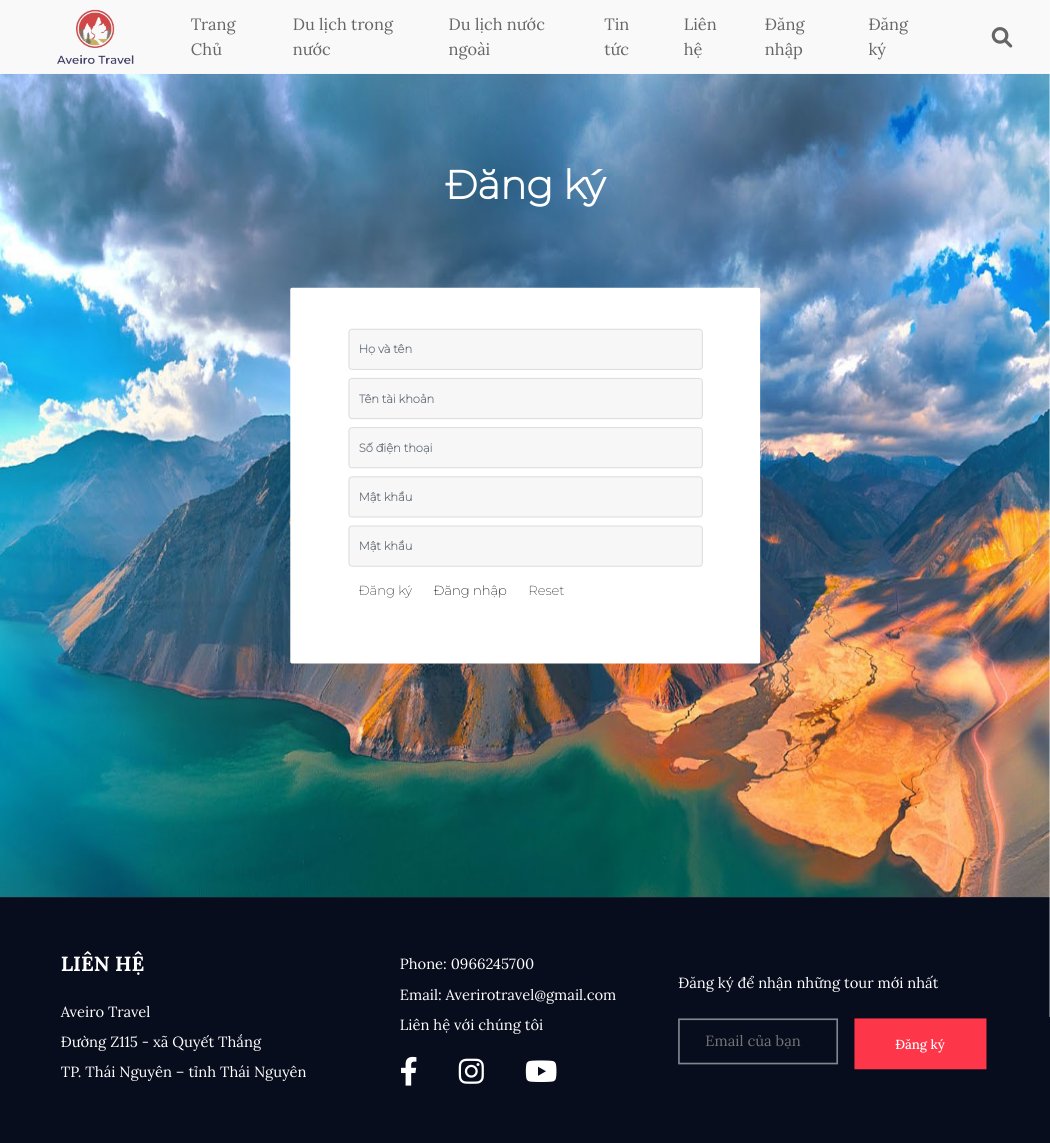
Repository: tuan842001/demotest
Page: /register
The author's editor kept a copy of each file at every save. The page is drawn from the files as they stood at one save, then again after the next save.
The browser window is 1280 px wide. The pictures show the whole page, at 82% of full size.
The project was rebuilt for these pictures with package versions that can differ from the ones it lists, and the page was loaded fresh each time. Also part of the build but not shown: src/components/header/header.css, src/components/header/Header.jsx, src/components/top/top.css, src/components/top/Top.jsx, src/components/post/post.css, src/components/post/Post.jsx, src/components/intourPost/intourPost.css, src/components/intourPost/IntourPost.jsx and 15 more.

Above is the page before, as saved 2021-10-14 17:49:18.

### public/index.html
<!DOCTYPE html>
<html lang="en">
  <head>
    <meta charset="utf-8" />
    <link rel="icon" href="%PUBLIC_URL%/favicon.ico" />
    <meta name="viewport" content="width=device-width, initial-scale=1" />
    <meta name="theme-color" content="#000000" />
    <meta name="description" content="Web site created using create-react-app"/>
    <link href="https://fonts.googleapis.com/css2?family=Lora:wght@400;500;600;700&display=swap" rel="stylesheet">
    <link rel="stylesheet" href="https://cdnjs.cloudflare.com/ajax/libs/font-awesome/6.0.0-beta2/css/all.min.css" integrity="sha512-YWzhKL2whUzgiheMoBFwW8CKV4qpHQAEuvilg9FAn5VJUDwKZZxkJNuGM4XkWuk94WCrrwslk8yWNGmY1EduTA==" crossorigin="anonymous" referrerpolicy="no-referrer" />
    <link href="https://fonts.googleapis.com/css2?family=Lora:ital,wght@1,700&family=Montserrat:wght@200&display=swap" rel="stylesheet">
    <link href="https://cdn.jsdelivr.net/npm/bootstrap@5.1.3/dist/css/bootstrap.min.css" rel="stylesheet" integrity="sha384-1BmE4kWBq78iYhFldvKuhfTAU6auU8tT94WrHftjDbrCEXSU1oBoqyl2QvZ6jIW3" crossorigin="anonymous">
    <title>Aveiro Travel</title>
  </head>
  <body>
    <noscript>You need to enable JavaScript to run this app.</noscript>
    <div id="root"></div>
  </body>
</html>

### src/App.js
import Home from './pages/home/Home';
import Intour from './pages/intour/Intour';
import Login from './pages/login/Login';
import Register from './pages/register/Register';
import TopBar from './components/topbar/TopBar';
import Bottombar from "./components/bottombar/Bottombar";
import "./app.css"
import {
  BrowserRouter as Router,
  Switch,
  Route,
  Link
} from "react-router-dom";


function App() {
  const user = false;
  return (
    <Router>
    <TopBar />
      <Switch>
        <Route path="/login">
          <Login />
        </Route>
        <Route path="/register">
          <Register />
        </Route>
        <Route path="/">
          <Home />
        </Route>
      </Switch>
    </Router>
  );
}

export default App;

### src/pages/register/Register.jsx
import "./register.css";
import Bottombar from "../../components/bottombar/Bottombar";

export default function Register() {
  return (
    <>
      <div className="register">
        <img className="loginImg" src="./assets/images/register2.jpg" alt="" />
        <div className="container">
          <div className="row">
            <div className="col-md-12">
              <div className="loginContent">
                <div className="loginContentInner">
                  <div className="loginTitle">Đăng ký</div>
                </div>
              </div>
            </div>
            <div className="col-md-12">
              <div className="loginFrom">
                <div className="loginMain">
                  <form id="Login" method="post">
                    <div class="form-group">
                      <input
                        type="text"
                        class="form-control loginform"
                        value=""
                        id="inputEmail"
                        name="name"
                        placeholder="Họ và tên"
                      />
                    </div>
                    <div className="form-group">
                      <input
                        name="email"
                        type="email"
                        className="form-control loginform"
                        id="inputUsername"
                        placeholder="Tên tài khoản"
                      />
                    </div>
                    <div class="form-group">
                      <input
                        type="text"
                        value=""
                        class="form-control loginform"
                        id="inputEmail"
                        name="sdt"
                        placeholder="Số điện thoại"
                      />
                    </div>
                    <div className="form-group">
                      <input
                        name="password"
                        type="password"
                        className="form-control loginform"
                        id="inputPassword"
                        placeholder="Mật khẩu"
                      />
                    </div>

                    <div class="form-group">
                      <input
                        type="password"
                        value=""
                        class="form-control loginform"
                        name="password"
                        id="inputPassword"
                        placeholder="Mật khẩu"
                      />
                    </div>
                    <button
                      class="btn btn-gradient-01"
                      name="action"
                      value="add-khachhang"
                      id="add-tour"
                      type="submit"
                    >
                      <i class="la la-check"></i>Đăng ký
                    </button>
                    <button class="btn btn-gradient-01">
                      <a style={{ color: "#000" }} href="index.php?page=login">
                        Đăng nhập
                      </a>
                    </button>
                    <button class="btn btn-gradient-01" type="reset">
                      <i class="la la-rotate-left"></i>Reset
                    </button>
                  </form>
                </div>
              </div>
            </div>
          </div>
        </div>
      </div>
      <Bottombar />
    </>
  );
}

### src/components/topbar/TopBar.jsx
import React from "react";
import "./topbar.css";

export default function TopBar() {
  const user = false;
  return (
    <div className="top">
      <div className="topLeft">
        <img
          className="topImg"
          src="./assets/images/logoAveiroTravel.png"
          alt=""
        />
      </div>
      <div className="topCenter">
        <ul className="topList">
          <li className="topListItem">Trang Chủ</li>
          <li className="topListItem">Du lịch trong nước</li>
          <li className="topListItem">Du lịch nước ngoài</li>
          <li className="topListItem">Tin tức</li>
          <li className="topListItem">Liên hệ</li>
          <li className="topListItem">Đăng nhập</li>
          <li className="topListItem">Đăng ký</li>
        </ul>
      </div>
      <div className="topRight">
        <i className="topSearchIcon fas fa-search"></i>
      </div>
    </div>
  );
}

### src/components/bottombar/Bottombar.jsx
import "./bottombar.css";

export default function Bottombar() {
  return (
    <div className="bottombar">
      <div className="bottomLeft">
        <span className="bottomTitle">LIÊN HỆ</span>
        <span className="bottomText">Aveiro Travel</span>
        <span className="bottomText">Đường Z115 - xã Quyết Thắng</span>
        <span className="bottomText">TP. Thái Nguyên – tỉnh Thái Nguyên</span>
      </div>
      <div className="bottomCenter">
        <span className="bottomText">Phone: 0966245700</span>
        <span className="bottomText">Email: Averirotravel@gmail.com</span>
        <span className="bottomText">
          Liên hệ với chúng tôi <i></i>
        </span>
        <div className="bottomItem">
          <i className="bottomIcon fab fa-facebook-f"></i>
          <i className="bottomIcon fab fa-instagram"></i>
          <i className="bottomIcon fab fa-youtube"></i>
        </div>
      </div>
      <div className="bottomRight">
        <span className="bottomText">Đăng ký để nhận những tour mới nhất</span>
        <div className="bottomSubscribe">
          <input
            type="email"
            id="bottom_input"
            className="bottom_input"
            placeholder="Email của bạn"
          />
          <button type="submit" id="bottom_button" class="bottom_button">
            Đăng ký
          </button>
        </div>
      </div>
    </div>
  );
}

### src/app.css
*{
    margin: 0;
    padding: 0;
    -webkit-font-smoothing: antialiased;
    -webkit-text-shadow: rgba(0,0,0,.01) 0 0 1px;
    text-shadow: rgb(0 0 0 / 1%) 0 0 1px;
}
body{
    font-family: 'Montserrat', sans-serif;
    font-size: 14px;
    font-weight: 400;
    background: #FFFFFF;
    color: #131a2f;
}
ul{
    list-style: none;
    margin-bottom: 0px;
}
a{
    display: block;
    font-size: 16px;
    font-weight: 500;
    /* line-height: 56px; */
    text-decoration: none;
    background-color: transparent;
}
.container{
    width: 100%;
    padding-right: 15px;
    padding-left: 15px;
    margin-right: auto;
    margin-left: auto;
    position: relative;
}
.row{
    display: -ms-flexbox;
    display: flex;
    -ms-flex-wrap: wrap;
    flex-wrap: wrap;
    padding-top: 40px;
    padding-bottom: 65px;
    margin-left: calc(50% - 585px);
    margin-right: calc(50% - 585px);
}
.col{
    -ms-flex-preferred-size: 0;
    flex-basis: 0;
    -ms-flex-positive: 1;
    flex-grow: 1;
    max-width: 100%;
}
.sectionTitle{
    padding-top: 30px;
    line-height: 1.1;
    font-size: 40px;
    font-weight: 300;
    text-align: center!important;

}
.sectionTitle div {
    font-size: 16px;
    font-weight: 600;
    color: #7d8293;
    text-transform: uppercase;
    margin-top: 19px;
}
img{
    vertical-align: middle;
    border-style: none;
}
div{
    display: block;
    position: relative;
    -webkit-box-sizing: border-box;
    -moz-box-sizing: border-box;
    box-sizing: border-box;
}


.dropdown-content {
    display: none;
    position: absolute;
    right: 0;
    top: 100%;
    margin: 0;
    width: 100%;
    background: #FFFFFF;

    z-index: 1;
    box-shadow: 0 15px 25px rgb(63 78 100 / 15%);
}

.dropdown:hover .dropdown-content {
    display: block;
}

### src/pages/login/login.css
.loginImg{
    position: absolute;
    top: 0;
    left: 0;
    width: 100%;
    height: 100%;
    background-repeat: no-repeat;
    background-size: cover;
    background-position: center center;
}
.loginContent{
    width: 100%;
    height: 401px;
    top: -15%;
}
.loginTitle{
    font-size: 48px;
    font-weight: 700;
    color: #FFFFFF;
    text-align: center;
}
.loginContentInner{
    position: absolute;
    top: 30%;
    left: 0;
    width: 100%;
    text-align: left;
}
.loginForm{
    text-align: center;
}
.loginMain{
    background: #ffffff none repeat scroll 0 0;
    border-radius: 2px;
    margin: 10px auto 30px;
    max-width: 50%;
    padding: 50px 70px 70px 71px;
    bottom: 190px;
}
.form-group{
    margin-bottom: 10px;
}
.loginform{
    background: #f7f7f7 none repeat scroll 0 0;
    border: 1px solid #d4d4d4;
    border-radius: 4px;
    font-size: 14px;
    height: 50px;
    line-height: 50px;
    font-weight: 700;
}
.forgot {
    text-align: left;
    margin-bottom: 30px;
}
.forgot a {
    font-weight: 700;
    color: #777777;
    font-size: 14px;
    text-decoration: underline;
}
.login-form {
    background: #fe435b none repeat scroll 0 0;
    border-color: #fe435b;
    color: #ffffff;
    font-size: 14px;
    width: 100%;
    height: 50px;
    line-height: 50px;
    padding: 0;
    font-weight: 700;
}

### src/components/topbar/topbar.css
.top{
    width: 100%;
    height: 90px;
    background-color: #f9f9f9;
    position: sticky;
    top: 0;
    display: flex;
    align-items: center;
    font-family: 'Lora', serif;
    color: #666;
    z-index: 999;
}

.topLeft{
    flex: 2;
    display: flex;
    align-items: center;
    justify-content: center;
}
.topCenter{
    flex: 8;
}
.topRight{
    flex: 1;
    display: flex;
    align-items: center;
    justify-content: center;
}
.topImg{
    width: 140px;
    height: 140px;
    object-fit: cover;
}
.topList{
    display: flex;
    justify-content: end;
    margin: 0;
    padding: 0;
    list-style: none;
}
.topListItem{
    margin-right: 40px;
    font-size: 20px;
    font-weight: 400;
    cursor: pointer;
}
.topSearchIcon{
    font-size: 25px;
    color: #666;
    cursor: pointer;
}

### src/components/bottombar/bottombar.css
.bottombar{
    width: 100%;
    height: 300px;
    background-color: #080d1d;
    display: flex;
    align-items: center;
    font-family: 'Lora', serif;
    color: #fff;
    font-size: 18px;
    position: absolute;
}
.bottomLeft, .bottomCenter {
    flex: 3;
    display: flex;
    flex-direction: column;
    justify-content: center;
    margin-left: 74px;
}

.bottomRight{
    flex: 4;
    display: flex;
    flex-direction: column;
    justify-content: center;
}
.bottomTitle{
    font-size: 25px;
    font-weight: 700;
    margin-bottom: 25px;
}
.bottomText{
    margin-bottom: 10px;
}
.bottomIcon{
    font-size: 35px;
    margin-top: 15px;
    margin-right: 50px;
    cursor: pointer;
}
.bottomSubscribe{
    display: flex;
    margin-top: 20px;
}
.bottom_input{
    width: calc(65% - 100px);
    height: 56px;
    border: solid 2px rgba(255,255,255,0.5);
    outline: none;
    background: transparent;
    padding-left: 31px;
    color: #FFFFFF;
}
.bottom_button{
    width: 161px;
    height: 62px;
    vertical-align: top;
    cursor: pointer;
    border: none;
    outline: none;
    background: #fe364a;
    color: #FFFFFF;
    font-size: 16px;
    margin-left: 20px;
    font-weight: 500;
    -webkit-transition: all 200ms ease;
    -moz-transition: all 200ms ease;
    -ms-transition: all 200ms ease;
    -o-transition: all 200ms ease;
    transition: all 200ms ease;
}

Loaded but not shown: src/index.js (common file); src/pages/intour/intour.css (no stored copy; drawn as an empty file)

After the next save:
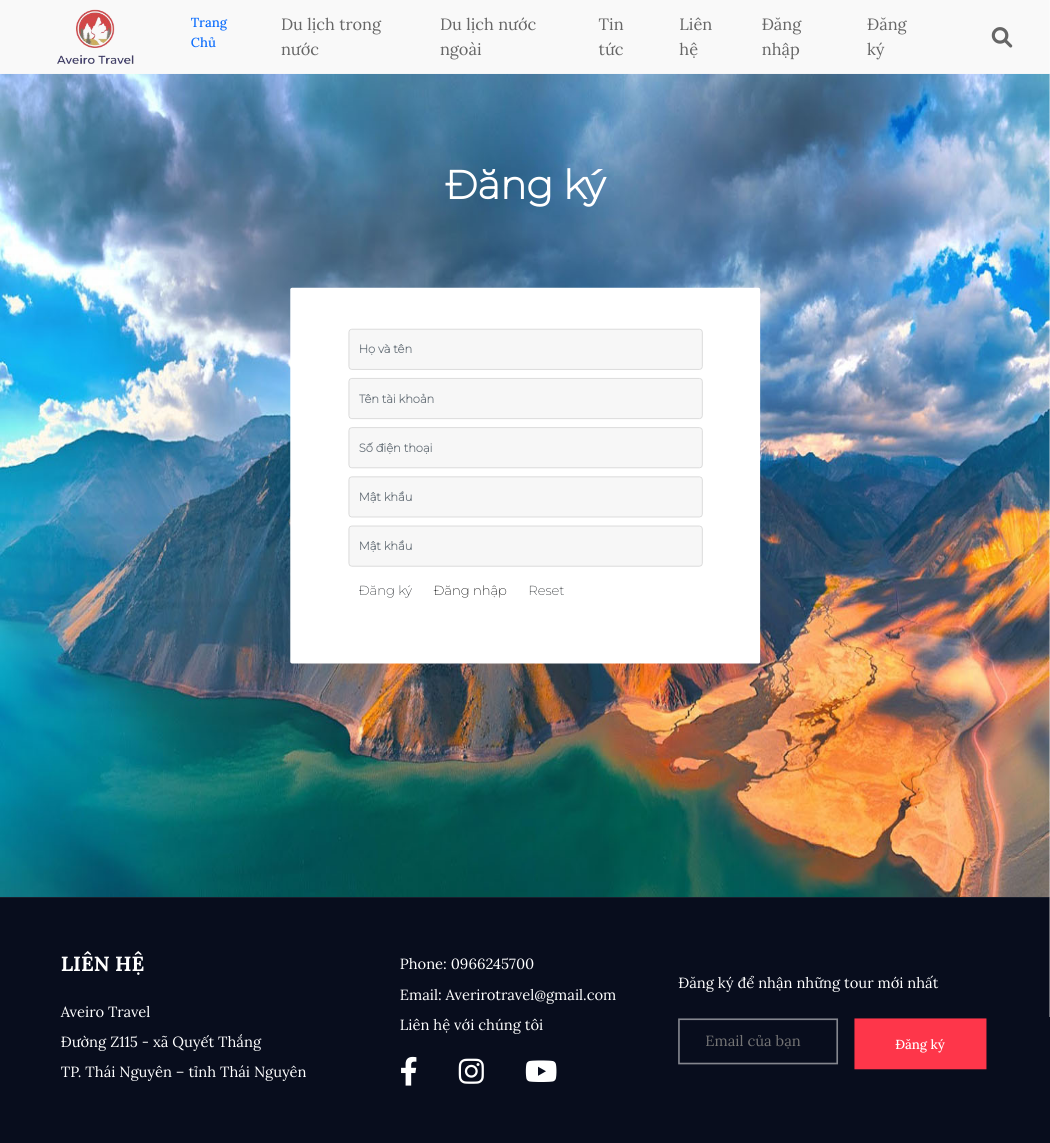
Saved 82 s later.
--- a/src/components/topbar/TopBar.jsx
+++ b/src/components/topbar/TopBar.jsx
@@ -1,3 +1,4 @@
+import { Link } from "react-router-dom";
 import React from "react";
 import "./topbar.css";
 
@@ -14,7 +15,9 @@
       </div>
       <div className="topCenter">
         <ul className="topList">
-          <li className="topListItem">Trang Chủ</li>
+          <li className="topListItem">
+            <Link>Trang Chủ</Link>
+          </li>
           <li className="topListItem">Du lịch trong nước</li>
           <li className="topListItem">Du lịch nước ngoài</li>
           <li className="topListItem">Tin tức</li>
